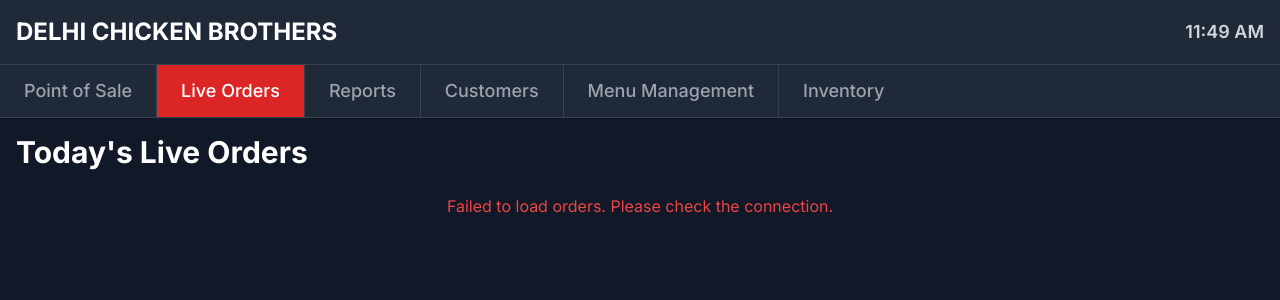
Repository: roydigital/dcb-pos-app
Page: live-orders.html
The author's editor kept a copy of each file at every save. The page is drawn from the files as they stood at one save, then again after the next save.
The browser window is 1280 px wide. The pictures show the whole page.
The page's requests for data from a server got no answer. Some web libraries are served in a nearby version.

Above is the page before, as saved 2025-09-19 11:39:47.

After the next save:
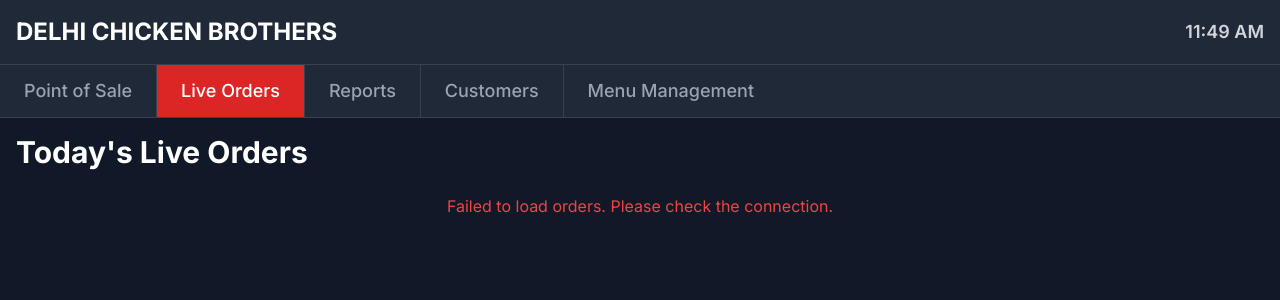
Saved 22 s later.
--- a/live-orders.html
+++ b/live-orders.html
@@ -38,8 +38,7 @@
                 <a href="live-orders.html" class="px-6 py-3 text-lg font-medium bg-red-600 text-white border-r border-gray-700">Live Orders</a>
                 <a href="reports.html" class="px-6 py-3 text-lg font-medium text-gray-400 hover:bg-gray-700 border-r border-gray-700">Reports</a>
                 <a href="customers.html" class="px-6 py-3 text-lg font-medium text-gray-400 hover:bg-gray-700 border-r border-gray-700">Customers</a>
-                <a href="menu-management.html" class="px-6 py-3 text-lg font-medium text-gray-400 hover:bg-gray-700 border-r border-gray-700">Menu Management</a>
-                <a href="inventory.html" class="px-6 py-3 text-lg font-medium text-gray-400 hover:bg-gray-700">Inventory</a>
+                <a href="menu-management.html" class="px-6 py-3 text-lg font-medium text-gray-400 hover:bg-gray-700">Menu Management</a>
             </div>
         </nav>
 
@@ -52,108 +51,6 @@
         </main>
     </div>
 
-    <script>
-        async function fetchAndDisplayOrders() {
-            const grid = document.getElementById('live-orders-grid');
-            try {
-                const response = await fetch('/api/orders/today');
-                if (!response.ok) {
-                    throw new Error(`HTTP error! status: ${response.status}`);
-                }
-                const orders = await response.json();
-
-                grid.innerHTML = ''; // Clear previous orders
-
-                if (orders.length === 0) {
-                    grid.innerHTML = '<p class="text-gray-500 col-span-full text-center">No orders for today yet.</p>';
-                    return;
-                }
-
-                orders.forEach(order => {
-                    const card = document.createElement('div');
-                    card.className = 'order-card';
-
-                    const itemsList = order.items.map(item =>
-                        `<li>${item.quantity}x ${item.name}</li>`
-                    ).join('');
-
-                    const notesSection = order.notes ? `<p class="text-yellow-400 mt-2"><strong>Notes:</strong> ${order.notes}</p>` : '';
-
-                    card.innerHTML = `
-                        <div>
-                            <h3 class="text-xl font-bold text-white mb-2">Order #${order.orderNumber}</h3>
-                            <p class="text-gray-400 mb-4">${order.customerName || 'Walk-in Customer'}</p>
-                            <ul class="text-gray-300 space-y-1 mb-4 list-disc list-inside">
-                                ${itemsList}
-                            </ul>
-                            ${notesSection}
-                            <p class="text-lg font-semibold text-white border-t border-gray-700 pt-2 mt-2">Total: ₹${order.totalAmount.toFixed(2)}</p>
-                        </div>
-                        <div class="flex space-x-2 mt-4">
-                            <button data-id="${order._id}" class="mark-delivered-btn w-full bg-green-600 hover:bg-green-700 text-white font-bold py-2 px-4 rounded-lg">
-                                Mark as Delivered
-                            </button>
-                            <button data-id="${order._id}" class="cancel-btn w-full bg-red-600 hover:bg-red-700 text-white font-bold py-2 px-4 rounded-lg">
-                                Cancel Order
-                            </button>
-                        </div>
-                    `;
-                    grid.appendChild(card);
-                });
-            } catch (error) {
-                console.error('Failed to fetch orders:', error);
-                grid.innerHTML = '<p class="text-red-500 col-span-full text-center">Failed to load orders. Please check the connection.</p>';
-            }
-        }
-
-        function updateTime() {
-            const timeEl = document.getElementById('current-time');
-            const now = new Date();
-            timeEl.textContent = now.toLocaleTimeString('en-US', { hour: '2-digit', minute: '2-digit', hour12: true });
-        }
-
-        // Initial calls and interval
-        document.addEventListener('DOMContentLoaded', () => {
-            fetchAndDisplayOrders();
-            setInterval(fetchAndDisplayOrders, 15000); // Refresh every 15 seconds
-
-            updateTime();
-            setInterval(updateTime, 1000); // Update time every second
-
-            // Event listener for order actions
-            document.getElementById('live-orders-grid').addEventListener('click', async (event) => {
-                const target = event.target;
-                const orderId = target.dataset.id;
-
-                if (target.classList.contains('mark-delivered-btn')) {
-                    try {
-                        const response = await fetch(`/api/orders/${orderId}/deliver`, {
-                            method: 'PATCH',
-                        });
-                        if (!response.ok) throw new Error('Failed to deliver order');
-                        fetchAndDisplayOrders();
-                    } catch (error) {
-                        console.error('Error delivering order:', error);
-                        alert('Failed to mark order as delivered.');
-                    }
-                }
-
-                if (target.classList.contains('cancel-btn')) {
-                    if (confirm('Are you sure you want to cancel this order?')) {
-                        try {
-                            const response = await fetch(`/api/orders/${orderId}/cancel`, {
-                                method: 'PATCH',
-                            });
-                            if (!response.ok) throw new Error('Failed to cancel order');
-                            fetchAndDisplayOrders();
-                        } catch (error) {
-                            console.error('Error canceling order:', error);
-                            alert('Failed to cancel order.');
-                        }
-                    }
-                }
-            });
-        });
-    </script>
+    <script src="assets/js/live-orders.js"></script>
 </body>
 </html>
